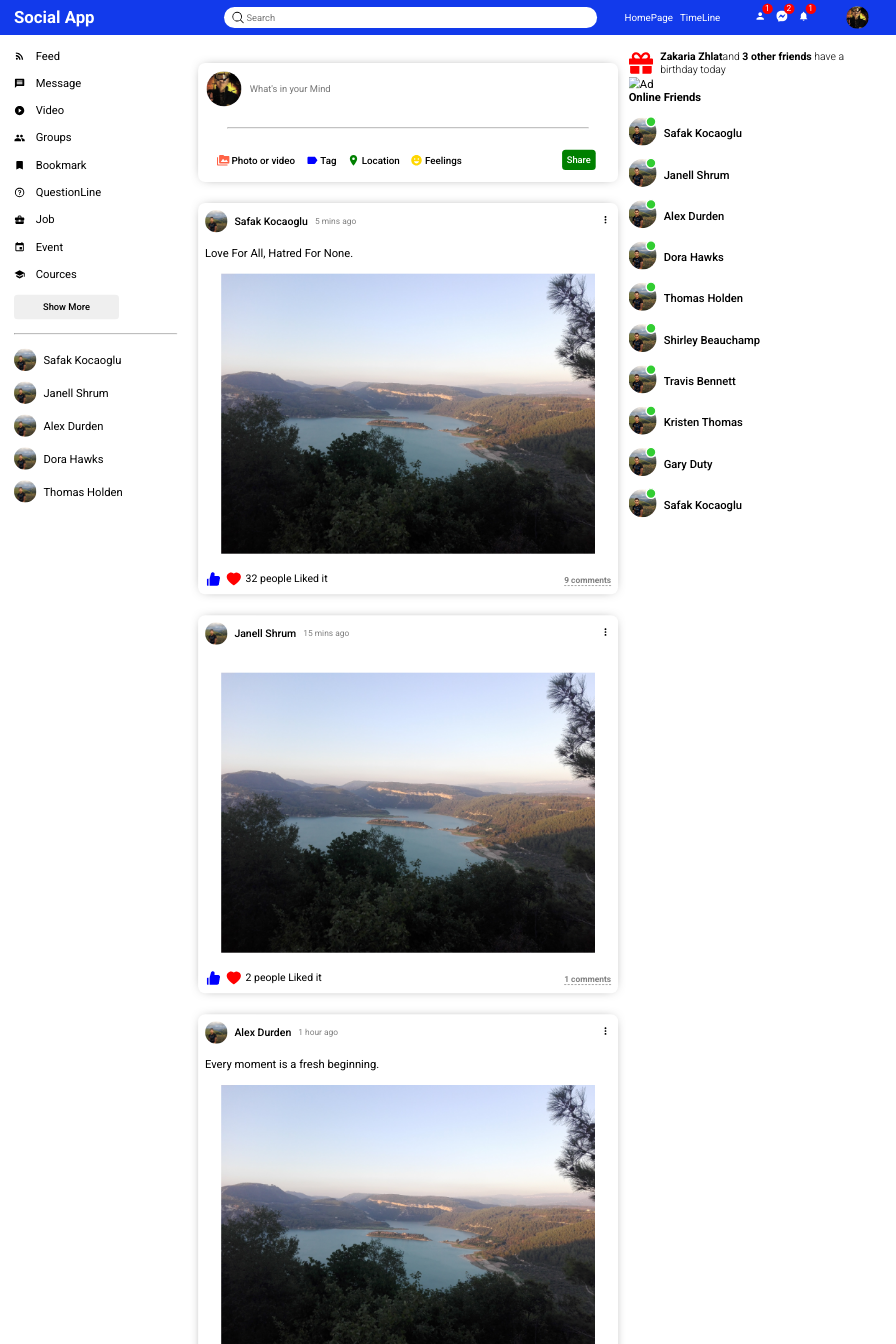
Repository: ZakariaZhlat125/Social-App
Page: /
These files come from the project's save history. The page is drawn as it stood at one moment and after the next save; the edit follows.
The browser window is 1280 px wide. The pictures show the part of the page from y = 0 to 1920 px (the page is 6066 px tall before and 758 px after), at 70% of full size.
An inner scrolling area shows only its first screen. The project was rebuilt for these pictures with package versions that can differ from the ones it lists, and the page was loaded fresh each time. Also part of the build but not shown: vite.config.js, src/pages/home/Home.css, src/pages/home/Home.jsx.

Above is the page before, as saved 2023-01-12 01:06:11.

After the next save:
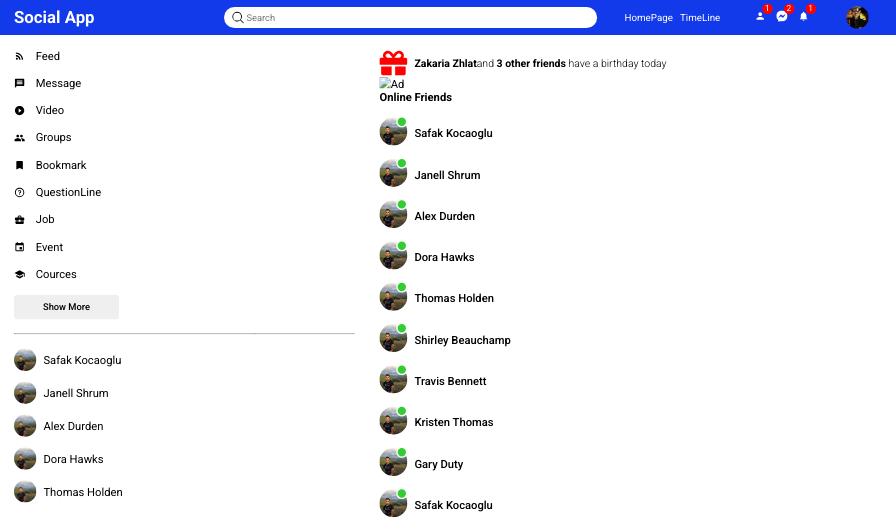
Saved 32 s later.
--- a/src/pages/profile/Profile.jsx
+++ b/src/pages/profile/Profile.jsx
@@ -15,7 +15,7 @@ export default function Profile() {
           <div className="prfileRightTop"></div>
           <div className="prfileRightBottom"></div>
         </div>
-        <Feed />
+        {/* <Feed /> */}
         <Rightbar />
       </div>
     </>
